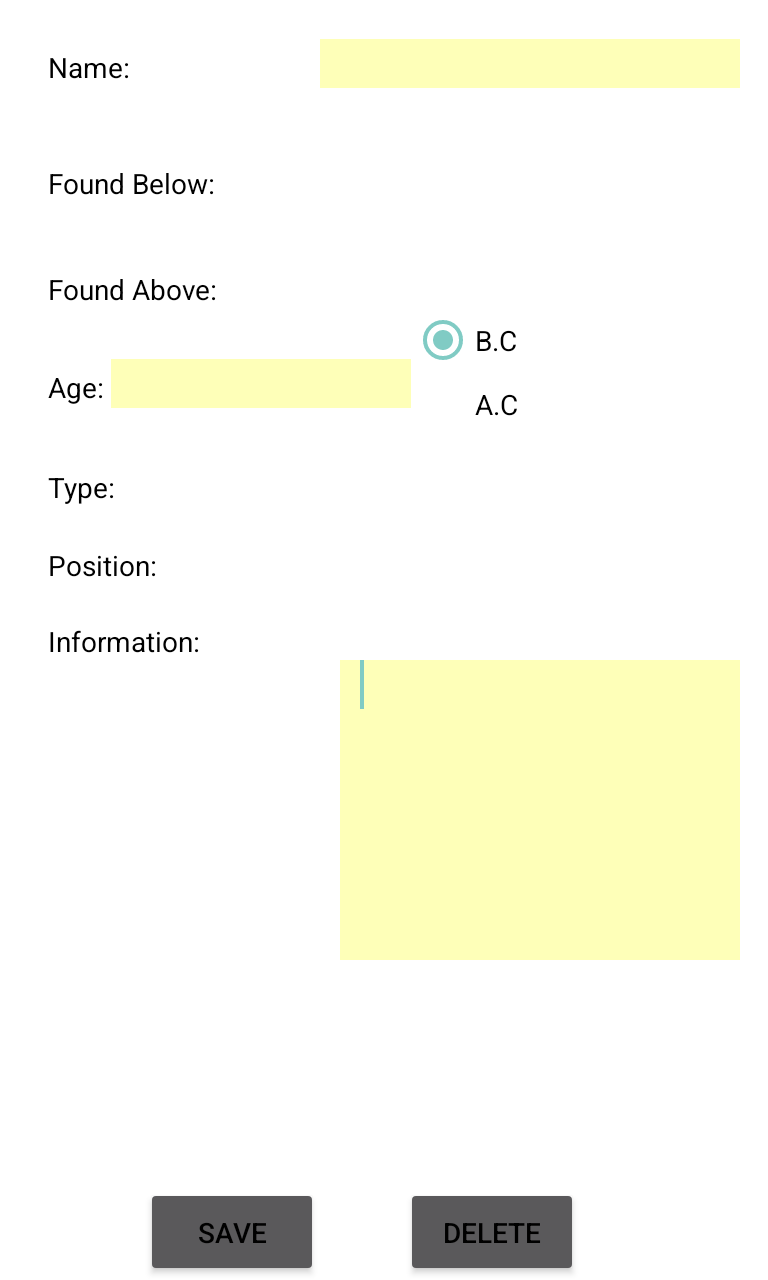
Repository: qfornaguera/AppQuelogy
Layout: AppQueology/res/layout/activity_artifact.xml
The author's editor kept a copy of each file at every save. The layout is drawn from the files as they stood at one save, then again after the next save.
It is drawn on a 768 x 1280 px phone screen (xhdpi) without system bars, with theme Theme.AppCompat; the app's code is not run.

Above is the layout before, as saved 2014-05-26 21:32:38.

After the next save:
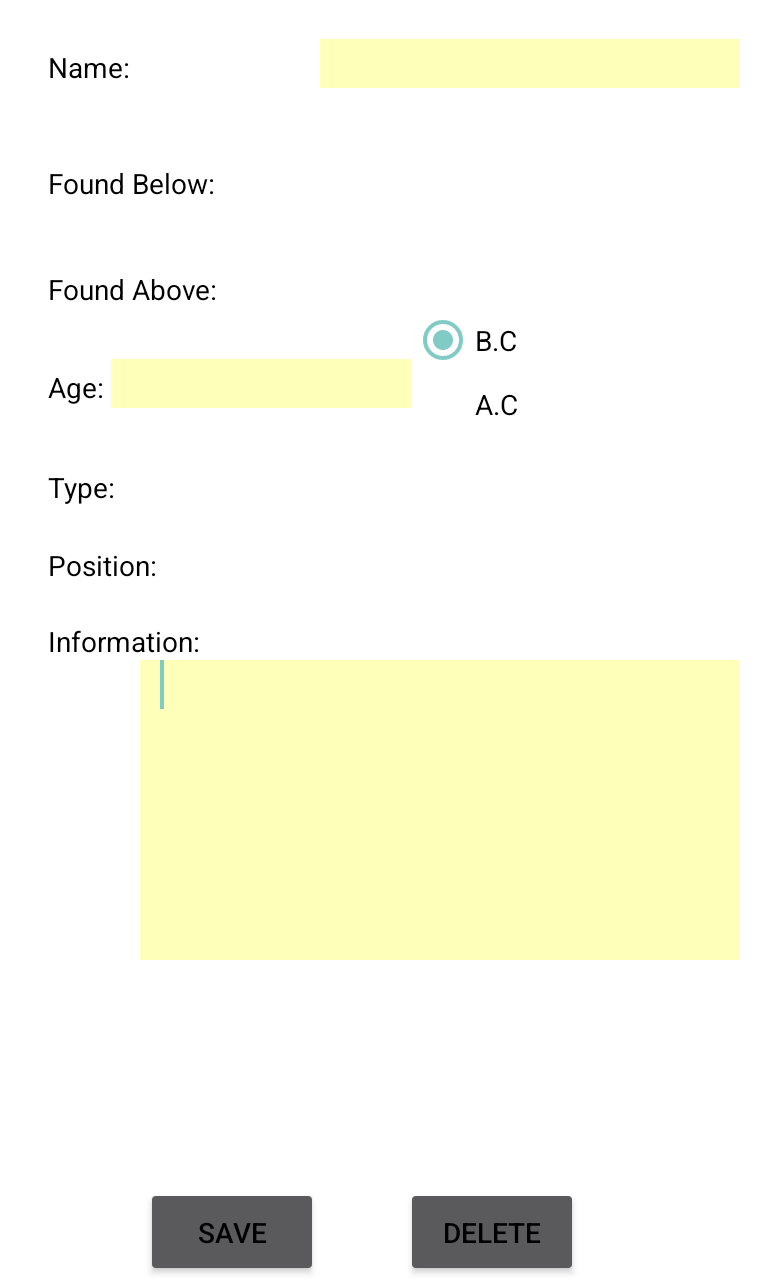
Saved 2 min 4 s later.
--- a/AppQueology/res/layout/activity_artifact.xml
+++ b/AppQueology/res/layout/activity_artifact.xml
@@ -184,7 +184,7 @@
 
 		    <EditText
 		        android:id="@+id/editText3"
-		        android:layout_width="200dp"
+		        android:layout_width="300dp"
 		        android:layout_height="150dp"
 		        android:layout_alignRight="@+id/textView8"
 		        android:layout_below="@+id/textView9"
